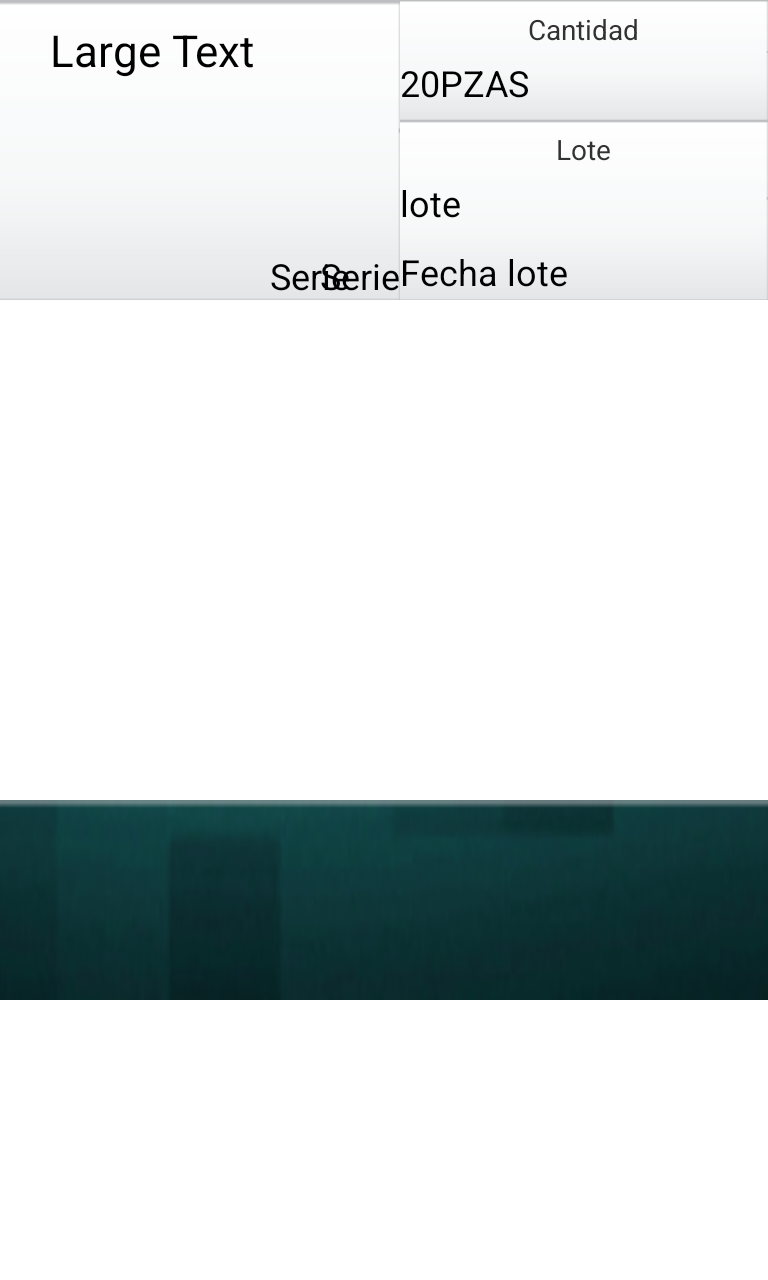
Repository: moynard/PeanutAndroid
Layout: WHSStorekeeper/res/layout/detail_arrivados.xml
An editor plug-in stored every save of this project. The layout is shown before and after the next save, followed by the edit.
It is drawn on a 768 x 1280 px phone screen (xhdpi) without system bars, with theme AppTheme; the app's code is not run.

Above is the layout before, as saved 2013-07-25 00:28:56.

### WHSStorekeeper/res/layout/detail_arrivados.xml
<?xml version="1.0" encoding="utf-8"?>
<RelativeLayout xmlns:android="http://schemas.android.com/apk/res/android"
    android:layout_width="match_parent"
    android:layout_height="match_parent"
    android:orientation="vertical" >

    <RelativeLayout
       android:id="@+id/layoutProducto"
        android:layout_width="200dp"
        android:layout_height="150dp"
        android:layout_alignParentLeft="true"
        android:layout_alignParentTop="true"
        android:background="@drawable/bgproducto"
         >

        <TextView
            android:id="@+id/txtProducto"
            android:layout_width="150dp"
            android:layout_height="wrap_content"
            android:layout_below="@+id/lblProducto"
            android:layout_centerHorizontal="true"
            android:layout_marginTop="10dp"
            android:lines="4"

            android:text="Large Text"
            android:textAppearance="?android:attr/textAppearanceLarge" />

                <TextView
                    android:id="@+id/txtSerie"
                    android:layout_width="wrap_content"
                    android:layout_height="wrap_content"
                    android:layout_alignParentBottom="true"
                    android:layout_alignParentRight="true"
                    android:text="Serie"
                    android:textAppearance="?android:attr/textAppearanceMedium" />

                <TextView
                    android:id="@+id/lblserie"
                    android:layout_width="wrap_content"
                    android:layout_height="wrap_content"
                    android:layout_alignParentBottom="true"
                    android:layout_alignRight="@+id/txtProducto"
                    android:text="Serie"
                    android:textAppearance="?android:attr/textAppearanceMedium" />

    </RelativeLayout>
    <RelativeLayout
        android:id="@+id/layoutCantidad"
        android:layout_toRightOf="@+id/layoutProducto"
        android:layout_width="fill_parent"
        android:layout_height="60dp"

        android:background="@drawable/bgproducto"
         >
         <TextView
                android:id="@+id/lblCantidad"
                android:layout_width="wrap_content"
                android:layout_height="wrap_content"
                android:layout_alignParentTop="true"
                android:layout_centerHorizontal="true"
                android:layout_marginTop="5dp"
                android:text="Cantidad"
                android:textAppearance="?android:attr/textAppearanceSmall" />
            <TextView
                android:id="@+id/txtCantidad"
                android:layout_width="wrap_content"
                android:layout_height="wrap_content"
                android:layout_below="@+id/lblCantidad"
                android:layout_marginTop="5dp"
                android:text="20"
                android:textAppearance="?android:attr/textAppearanceMedium" />
            <TextView
                android:id="@+id/txtUnidad"
                android:layout_width="wrap_content"
                android:layout_height="wrap_content"
                android:layout_below="@+id/lblCantidad"
                android:layout_toRightOf="@+id/txtCantidad"
                android:layout_marginTop="5dp"
                android:text="PZAS"
                android:textAppearance="?android:attr/textAppearanceMedium" />


    </RelativeLayout>
    <RelativeLayout
        android:id="@+id/layoutLote"
        android:layout_toRightOf="@+id/layoutProducto"
        android:layout_below="@+id/layoutCantidad"
        android:layout_width="fill_parent"
        android:layout_height="90dp"
        android:background="@drawable/bgproducto"
         >
            <TextView
                android:id="@+id/lbLote"
                android:layout_width="wrap_content"
                android:layout_height="wrap_content"
                android:layout_alignParentTop="true"
                android:layout_centerHorizontal="true"
                android:layout_marginTop="5dp"
                android:text="Lote"
                android:textAppearance="?android:attr/textAppearanceSmall" />
            <TextView
                android:id="@+id/txtlote"
                android:layout_width="wrap_content"
                android:layout_height="wrap_content"
                android:layout_below="@+id/lbLote"
                android:layout_marginTop="5dp"

                android:text="lote"
                android:textAppearance="?android:attr/textAppearanceMedium" />
             <TextView
                android:id="@+id/txtFecalote"
                android:layout_width="wrap_content"
                android:layout_height="wrap_content"
                android:layout_below="@+id/txtlote"
                android:layout_marginTop="10dp"
                android:text="Fecha lote"
                android:textAppearance="?android:attr/textAppearanceMedium" />

    </RelativeLayout>

    <RelativeLayout
        android:id="@+id/layoutinfo"
        android:layout_width="fill_parent"
        android:layout_height="150dp"
        android:layout_alignParentLeft="true"
        android:layout_below="@+id/layoutProducto"
         >
    </RelativeLayout>
      <RelativeLayout
        android:id="@+id/layoutBoton"
        android:layout_width="fill_parent"
        android:layout_height="100dp"
        android:layout_alignParentLeft="true"
        android:layout_below="@+id/layoutinfo"
         >
    </RelativeLayout>
     <RelativeLayout
        android:id="@+id/layoutFoter"
        android:layout_width="fill_parent"
        android:layout_height="100dp"
        android:layout_alignParentLeft="true"
        android:layout_below="@+id/layoutBoton"
        android:background="@drawable/bgfoot"
         >
    </RelativeLayout>

</RelativeLayout>

Loaded but not shown: WHSStorekeeper/res/values/styles.xml (common file); WHSStorekeeper/res/values-v11/styles.xml (common file); WHSStorekeeper/res/values-v14/styles.xml (common file)

After the next save:
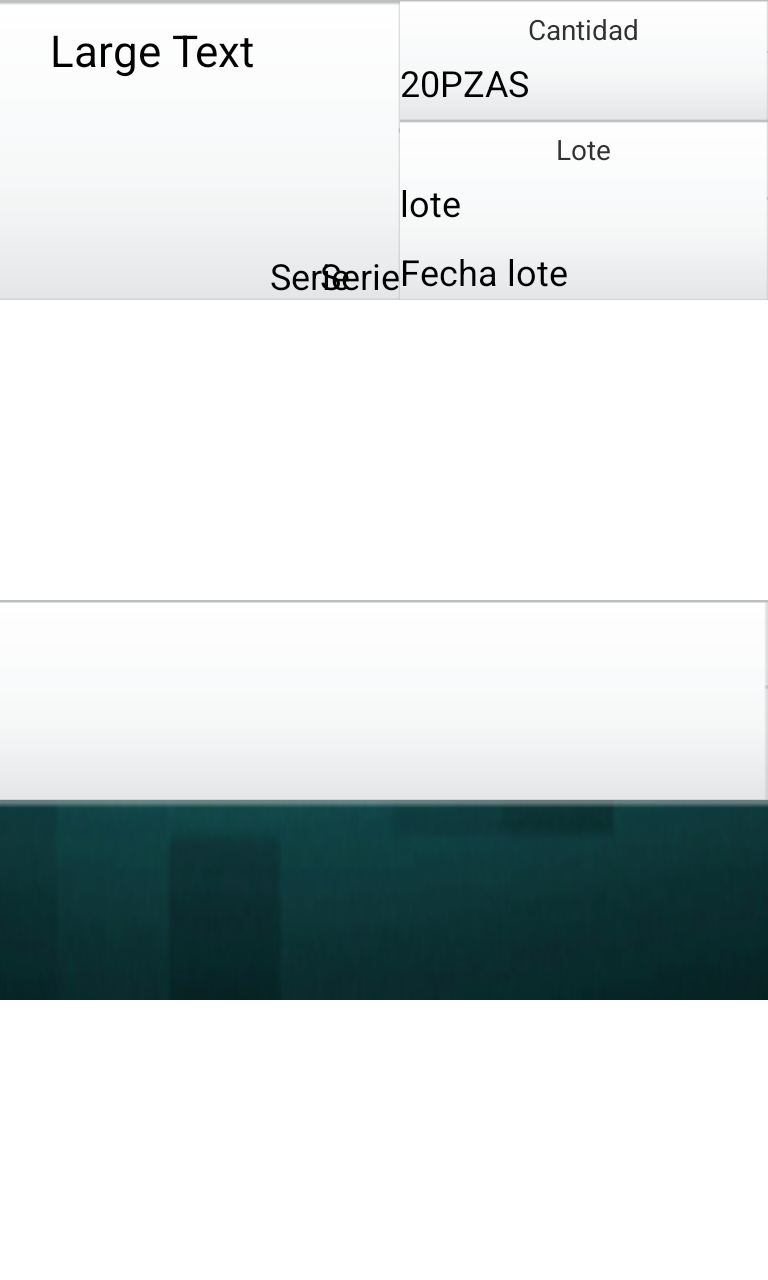
Saved 10 s later.
--- a/WHSStorekeeper/res/layout/detail_arrivados.xml
+++ b/WHSStorekeeper/res/layout/detail_arrivados.xml
@@ -132,6 +132,8 @@
         android:layout_height="100dp"
         android:layout_alignParentLeft="true"
         android:layout_below="@+id/layoutinfo"
+                android:background="@drawable/bgproducto"
+
          >
     </RelativeLayout>
      <RelativeLayout
